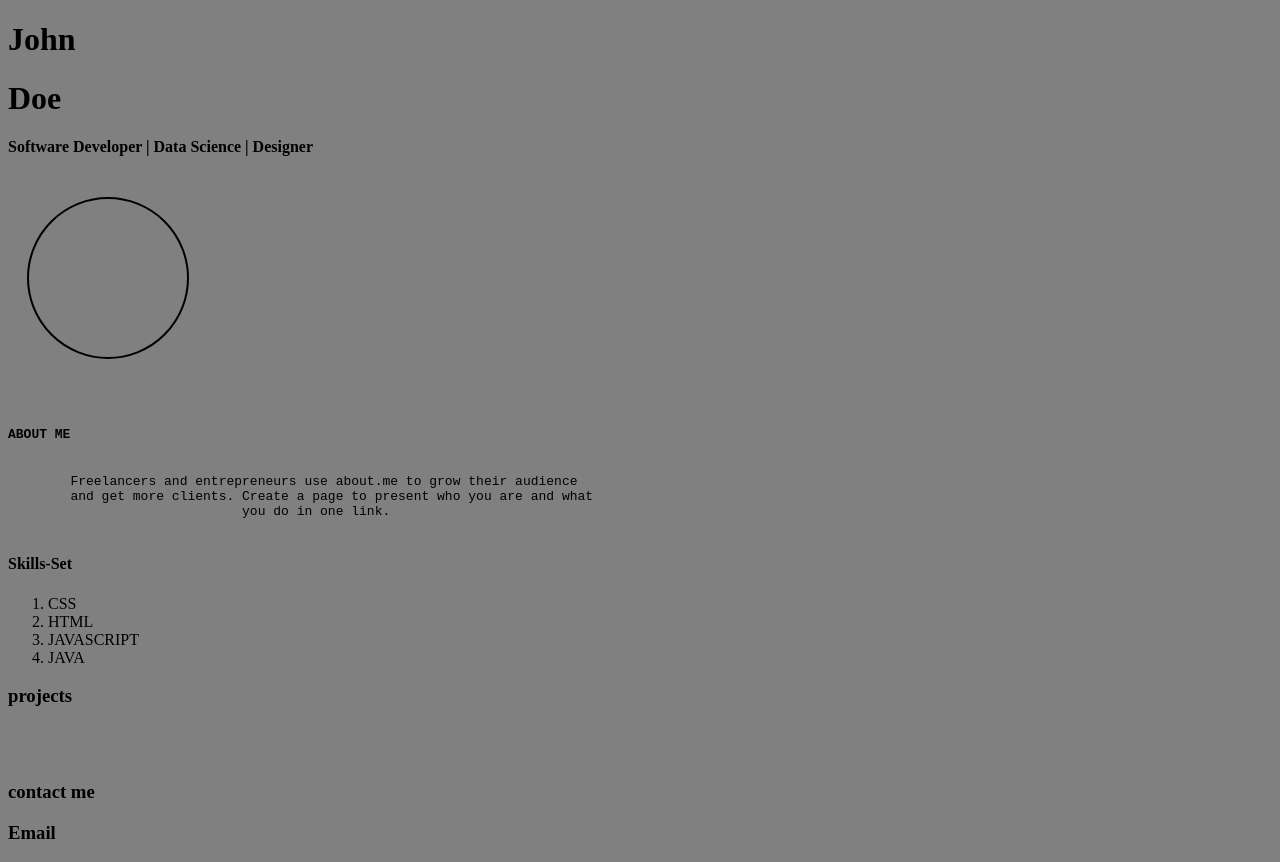
Repository: mrjayajay/week-1-code-challenges
Page: assignment/index.html
An editor plug-in stored every save of this project. The page is shown before and after the next save, followed by the edit.
The browser window is 1280 px wide. The pictures show the whole page.

Above is the page before, as saved 2024-03-10 17:22:31.

After the next save:
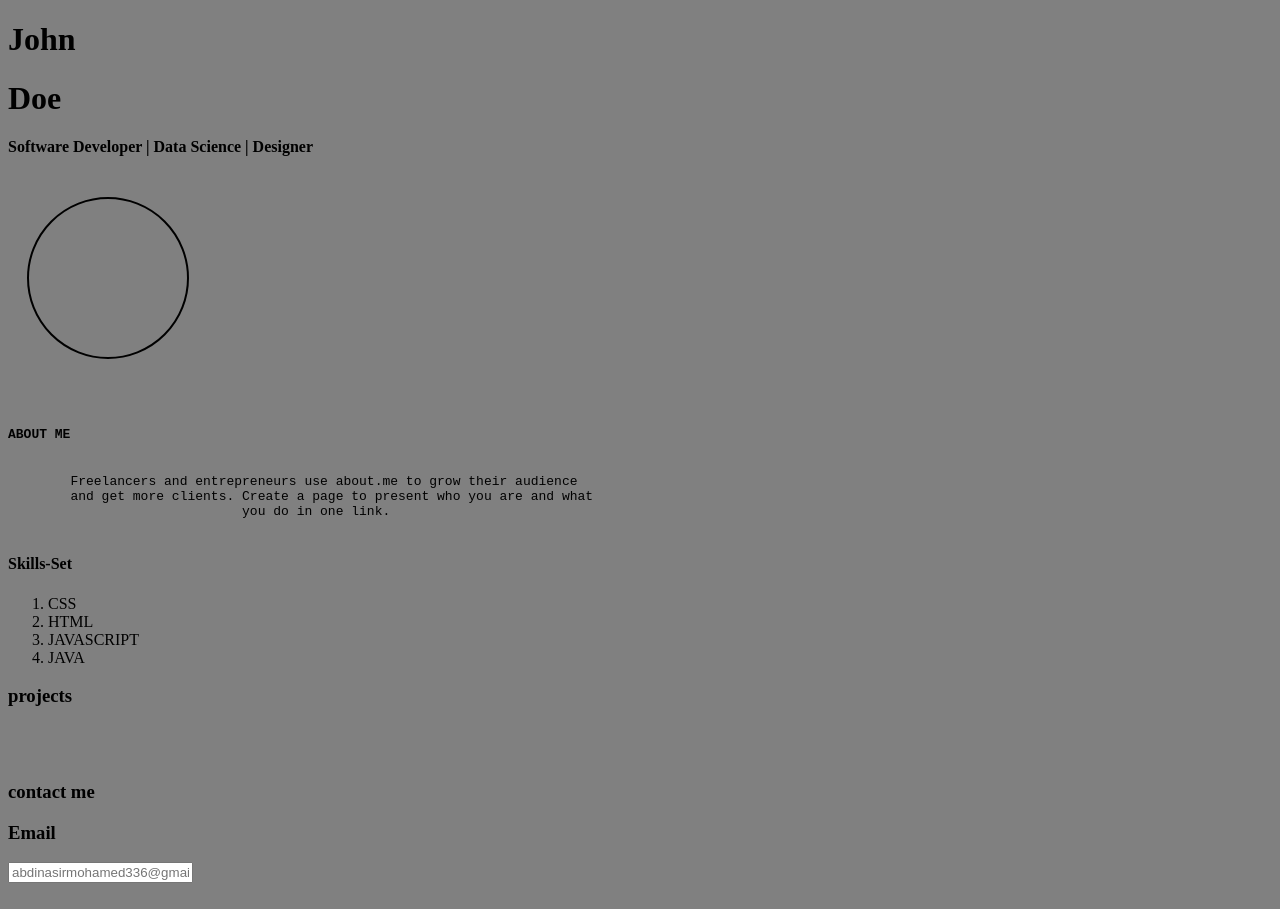
Saved 104 s later.
--- a/assignment/index.html
+++ b/assignment/index.html
@@ -52,9 +52,11 @@
     <form>
         <div id="class">
             <h3 class="zenz">Email</h3>
-
+            <input type="email" placeholder="abdinasirmohamed336@gmail.com" class="zenz">
         </div>
     </form>
+    <br>
+
         </body>
     </svg>
 </body>
